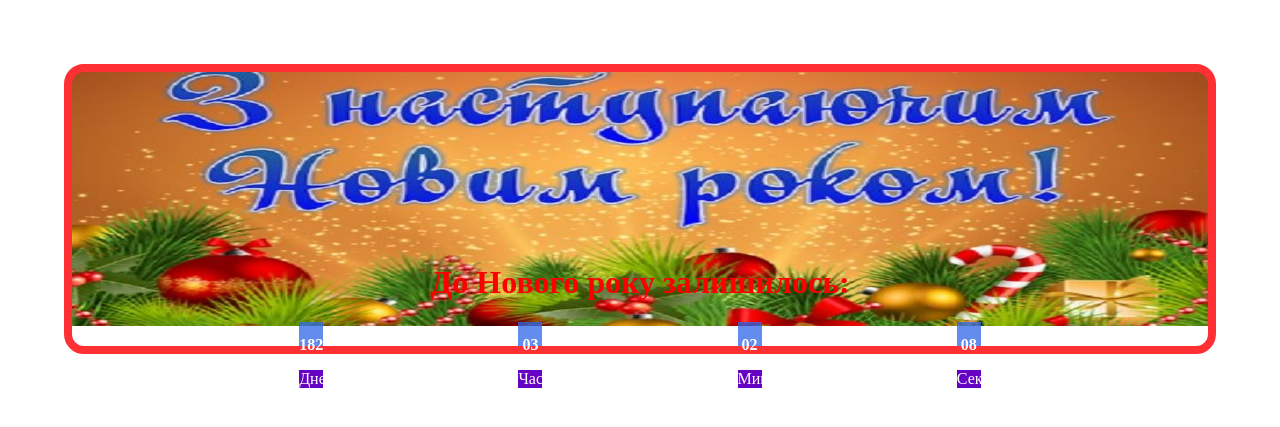
Repository: KonstantinKhamilov/JavaScript11-new-year
Page: index.html
These files come from the project's save history. The page is drawn as it stood at one moment and after the next save; the edit follows.
The browser window is 1280 px wide. The pictures show the whole page.

Above is the page before, as saved 2024-12-29 17:56:39.

### index.html
<!DOCTYPE html>
<html lang="en">
    <head>
        <title>JavaScript11</title>

        <meta charset="utf-8">
        <meta http-equiv="X-UA-Compatible" content="IE=edge">
        <meta name="description" lang="ru" content="Стили css">
        <meta name="author" content="Константин">
        <meta name="keywords" content="Программирование, уроки JavaScript">
        <meta name="robots" content="all">
        <meta name="viewport" content="width=device-width, initial-scale=1.0">
        <link rel="stylesheet" href="newYear.css" type="text/css">
</head>

<body>
   <!--
     <h1><u>Задание 1</u></h1>
    <p>Необходимо реализовать функцию, описывающую окружность.В функции должны быть следующие компоненты:</p>
<ul type="disk">
    <li>поле, хранящее радиус окружности;</li>
    <li>get-свойство, возвращающее радиус окружности;</li>
    <li>set-свойство, устанавливающее радиус окружности;</li>
    <li>get-свойство, возвращающее диаметр окружности;</li>
    <li>метод, вычисляющий площадь окружности;</li>
    <li>метод, вычисляющий длину окружности.</li>
</ul>
       <p>Продемонстрируйте работу свойств и методов.</p>
       <p>Введите радиус окружности: </p>
       <input type="text" id="rad">
        <button onclick="showResults()">Показать результаты</button>
        <p id="output"></p>

          <h1><u>Задание 2</u></h1>
          <p>Реализуйте функцию, которая описывает css класс.функция CssClass должна содержать внутри себя:</p>
          <ul type="square">
<li>название css класса;</li>
<li>массив стилей;</li>
<li>метод для установки стиля;</li>
<li>метод для удаления стиля;</li>
<li>метод getCss(), который возвращает css код в виде строки.</li>
          </ul>

          <p>Введите название класса:</p>
    <input type="text" id="class" />
    <button onclick="showCSS()">Показать результат генерации</button>
    <p id="output1"></p>

    <p>Добавить стиль:</p>
    <input type="text" id="add-style" />
    <button onclick="addStyle()">Добавить</button>

    <p>Удалить стиль:</p>
    <input type="text" id="remove-style" />
    <button onclick="removeStyle()">Удалить</button>

  <h1><u>Задание 3</u></h1>
  <p>
    Рассчитайте, сколько дней, часов, минут и секунд осталось до Нового года. Выведите эти значения красиво,
    методом document.write() или другим с тегами -p- и
    -span- и классами для них. Стили можно записать в отдельном css-файле. Если одно из чисел будет меньше 10,
    то его нужно вывести с ведущим 0, например, так:
    Сделайте свой скрипт универсальным, задав дату следующего Нового года относительно текущей даты с помощью методов объекта Date.
  </p>
  <p>Пример вывода результата задания:</p>
<img src="D:\Full Stack\Модуль\JavaScript\JavaScript11\Безымянный1.png" alt="time">
-->
<div class="box">
  <h1>До Нового року залишилось:</h1>
  <div class="count">
    <div class="timer"><h2 id="day">00</h2><p>Дней</p></div>
    <div class="timer"><h2 id="hrs">00</h2><p>Часов</p></div>
    <div class="timer"><h2 id="min">00</h2><p>Минут</p></div>
    <div class="timer"><h2 id="sec">00</h2><p>Секунд</p></div>
  </div>
</div>

    <script>
/*
        //1
function Circle(radius) {
  // Сохранение значения радиуса в свойстве объекта
  this.radius = radius;
  // Определение get-свойства для получения значения радиуса
  Object.defineProperty(this, 'radius', {
    get: function() {
      // Возвращение значения радиуса
      return radius;
    },
    // Определение set-свойства для установки значения радиуса
    set: function(value) {
      // Проверка на корректность значения радиуса
      if (value <= 0) throw new Error('Invalid radius');
      // Установка нового значения радиуса
      radius = value;
    }
  });

  // Определение get-свойства для получения значения диаметра окружности
  Object.defineProperty(this, 'diameter', {
    get: function() {
      // Возвращение значения диаметра, равного удвоенному радиусу
      return 2 * radius;
    }
  });

  // Определение метода для вычисления площади окружности
  this.area = function() {
    // Возвращение площади окружности, вычисленной как произведение числа Пи на квадрат радиуса
    return Math.PI * Math.pow(radius, 2);
  }

  // Определение метода для вычисления длины окружности
  this.circumference = function() {
    // Возвращение длины окружности, вычисленной как произведение числа Пи на удвоенный радиус
    return 2 * Math.PI * radius;
  }
}

function showResults() {
    let input = document.getElementById("rad").value;
    let circle = new Circle(input);
    let output = 'Радиус: ' + circle.radius + '<br>';
    output += 'Диаметр: ' + circle.diameter + '<br>';
    output += 'Площадь: ' + circle.area() + '<br>';
    output += 'Длинна окружности: ' + circle.circumference();
    document.getElementById("output").innerHTML = output;
  }

  //2

      // Определение функции CssClass, которая принимает название CSS класса в качестве аргумента
      function CssClass(className) {
        // Сохранение значения названия CSS класса в свойстве объекта
        this.className = className;
        // Создание пустого массива для хранения стилей CSS класса
        this.styles = [];

        // Определение метода setStyle для добавления нового стиля в массив стилей
        this.setStyle = function(style) {
          // Добавление нового стиля в конец массива стилей
          this.styles.push(style);
        }

        // Определение метода removeStyle для удаления существующего стиля из массива стилей
        this.removeStyle = function(style) {
          // Поиск индекса указанного стиля в массиве стилей
          let index = this.styles.indexOf(style);
          // Если стиль найден в массиве
          if (index !== -1) {
            // Удаление стиля из массива по найденному индексу
            this.styles.splice(index, 1);
          }
        }

        // Определение метода getCss для генерации CSS кода класса в виде строки
        this.getCss = function() {
          // Создание строки с селектором CSS класса и открывающей скобкой
          let cssString = '.' + this.className + ' {\n';
          // Цикл по всем стилям в массиве стилей
          for (let i = 0; i < this.styles.length; i++) {
            // Добавление очередного стиля в строку с отступом и точкой с запятой
            cssString += '  ' + this.styles[i] + ';\n';
          }
          // Добавление закрывающей скобки в конец строки
          cssString += '}';
          // Возвращение сгенерированной строки с CSS кодом класса
          return cssString;
        }
      }
      let myClass;

      function showCSS() {
        // Получение значения из элемента input с id 'class'
        let className = document.getElementById('class').value;
        // Создание нового объекта CssClass с названием класса из элемента input
        myClass = new CssClass(className);
        // Добавление стиля 'color: red' в массив стилей класса
        myClass.setStyle('color: red');
        // Добавление стиля 'font-size: 16px' в массив стилей класса
        myClass.setStyle('font-size: 16px');
        // Вывод сгенерированного CSS кода класса в элемент p с id 'output'
        document.getElementById('output1').innerHTML = myClass.getCss();
      }

      function addStyle() {
        if (!myClass) {
          alert('Сначала нажмите кнопку "Показать результат генерации"');
          return;
        }
        // Получение значения из элемента input с id 'add-style'
        let style = document.getElementById('add-style').value;
        // Добавление стиля в массив стилей класса
        myClass.setStyle(style);
        // Вывод обновленного CSS кода класса в элемент p с id 'output'
        document.getElementById('output1').innerHTML = myClass.getCss();
      }

      function removeStyle() {
        if (!myClass) {
          alert('Сначала нажмите кнопку "Показать результат генерации"');
          return;
        }
        // Получение значения из элемента input с id 'remove-style'
        let style = document.getElementById('remove-style').value;
        // Удаление стиля из массива стилей класса
        myClass.removeStyle(style);
        // Вывод обновленного CSS кода класса в элемент p с id 'output'
        document.getElementById('output1').innerHTML = myClass.getCss();
      }
      */

//3
const day = document.getElementById('day');
const hrs = document.getElementById('hrs');
const min = document.getElementById('min');
const sec = document.getElementById('sec');
const currentYear = new Date().getFullYear();

const newYear = new Date (`1 Jan ${currentYear + 1} 00:00:00`);

function countdownDate(){
const today = Date.now()
const gap = newYear - today;
let d = Math.floor(gap/1000/60/60/24);
let h = Math.floor((gap/1000/60/60)%24);
let m = Math.floor((gap/1000/60)%60);
let s = Math.floor((gap/1000)%60);

day.innerHTML = d<10 ? '0' + d : d;
hrs.innerHTML = h<10 ? '0' + h : h;
min.innerHTML = m<10 ? '0' + m : m;
sec.innerHTML = s<10 ? '0' + s : s;
}
setInterval(countdownDate,1000);
    </script>
</body>
</html>

### newYear.css
body {
  margin: 5%;
}

@media screen and (min-width: 320px) {
  .box {
    display: flex;
    flex-direction: column;
    /*justify-content: center;*/
    align-items: center;
    height: 80%;
    background-image: url("z_nastupauschim_ng_4.jpg");
    background-repeat: no-repeat;
    background-size: 100% 100%;
    background-position: 0px -20px;
    border: solid 8px;
    border-radius: 20px;
    border-color: rgb(255, 48, 52);
  }

  .box > h1 {
    color: rgb(255, 0, 0);
    font-family: cursive;
    padding-top: 15%;
  }

  .count {
    display: flex;
    flex-direction: row;
    justify-content: space-between;
    width: 60%;
    /*padding-top: 260px;*/
  }

  .timer {
    text-align: center;
    background-color: rgb(46, 103, 234, 0.75);
    width: 1.5em;
    height: 1.5em;
  }

  h2 {
    color: white;
    font-size: 1em;
  }

  .timer > p {
    color: white;
    background-color: rgb(102, 2, 196);
    font-size: 1em;
  }
}

After the next save:
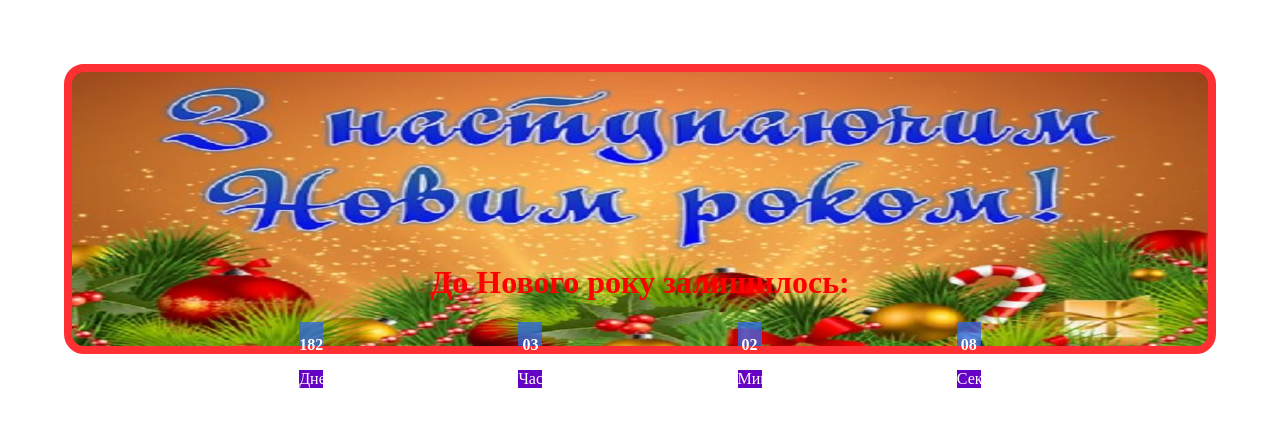
Saved 22 s later.
--- a/newYear.css
+++ b/newYear.css
@@ -12,7 +12,7 @@ body {
     background-image: url("z_nastupauschim_ng_4.jpg");
     background-repeat: no-repeat;
     background-size: 100% 100%;
-    background-position: 0px -20px;
+    background-position: 0px 0px;
     border: solid 8px;
     border-radius: 20px;
     border-color: rgb(255, 48, 52);
